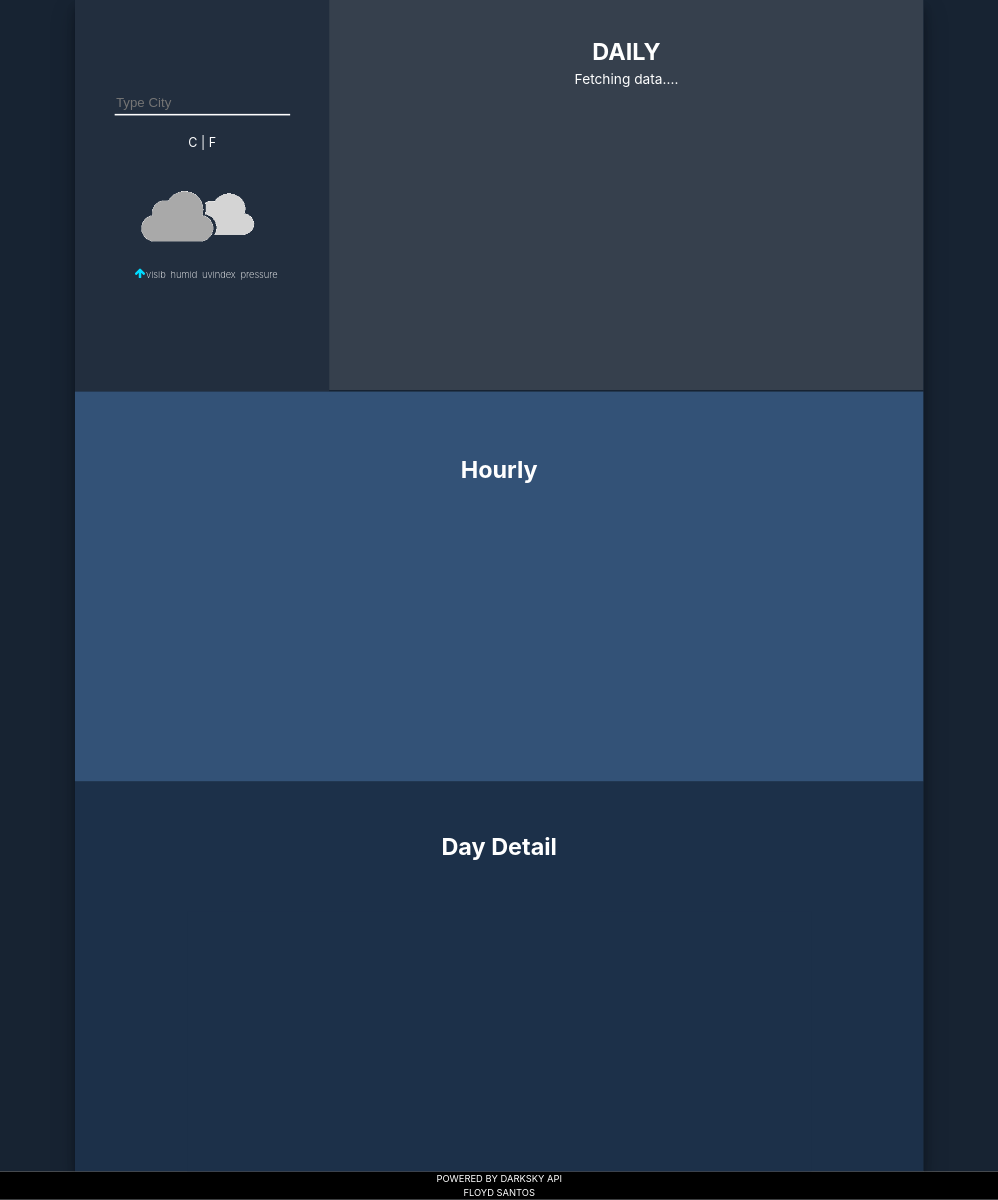
Repository: DOODpls/assignment3_weather
Page: index.html
An editor plug-in stored every save of this project. The page is shown before and after the next save, followed by the edit.
The browser window is 1280 px wide. The pictures show the whole page, at 78% of full size.
Some web fonts or font styles are not loaded; a fallback is used. Some web libraries are served in a nearby version.

Above is the page before, as saved 2020-01-12 18:56:25.

After the next save:
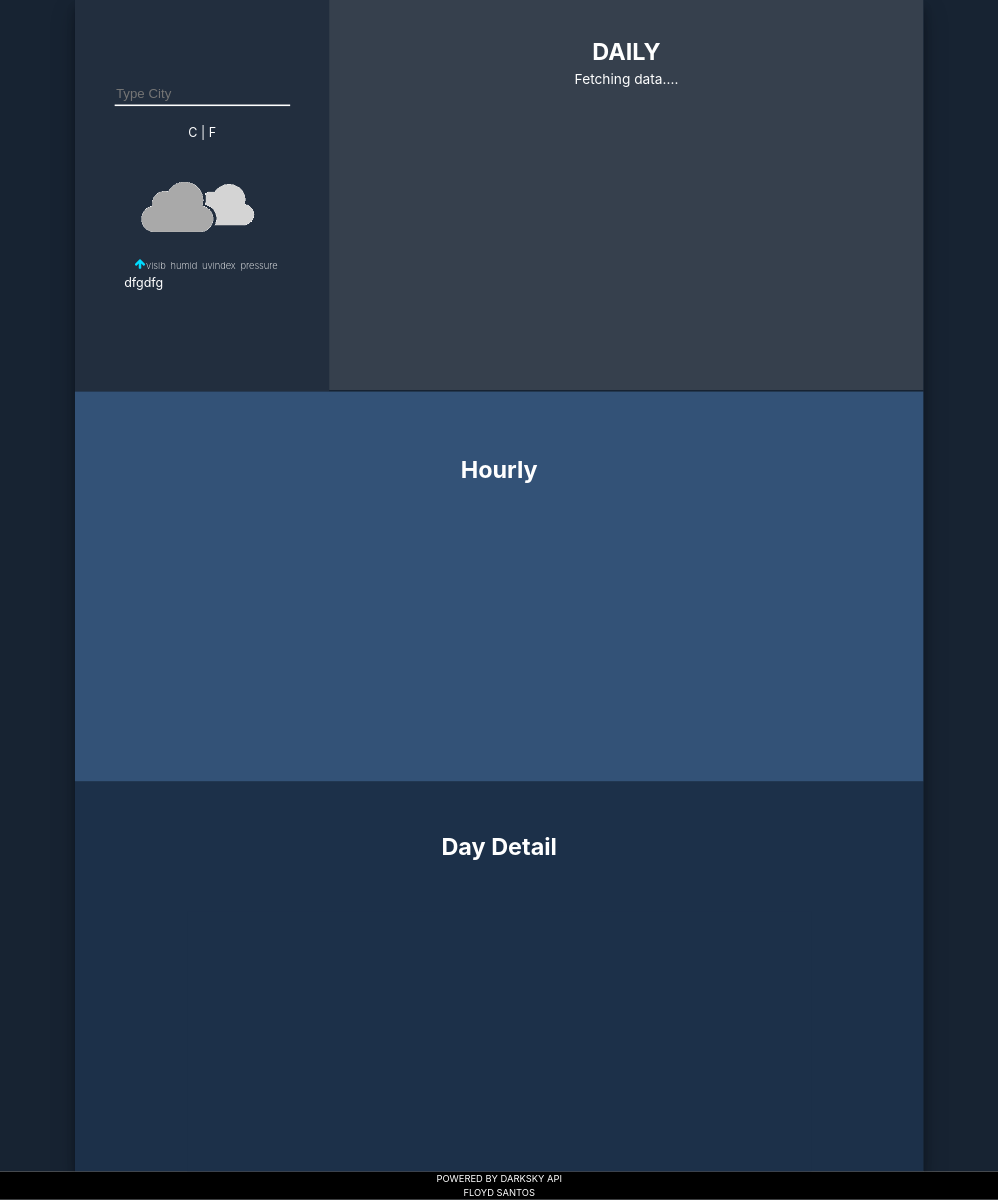
Saved 10 s later.
--- a/app.js
+++ b/app.js
@@ -111,7 +111,7 @@
 }
 var p = '<p>dfgdfg</p>'
 let aaa = document.querySelector('#alerts')
-aaa.innerHTML
+aaa.innerHTML = '<p>dfgdfg</p>'
 //---------------------------------CURRENT------------------------------------------------//
 
 function render(){

After the 2 saves that followed:
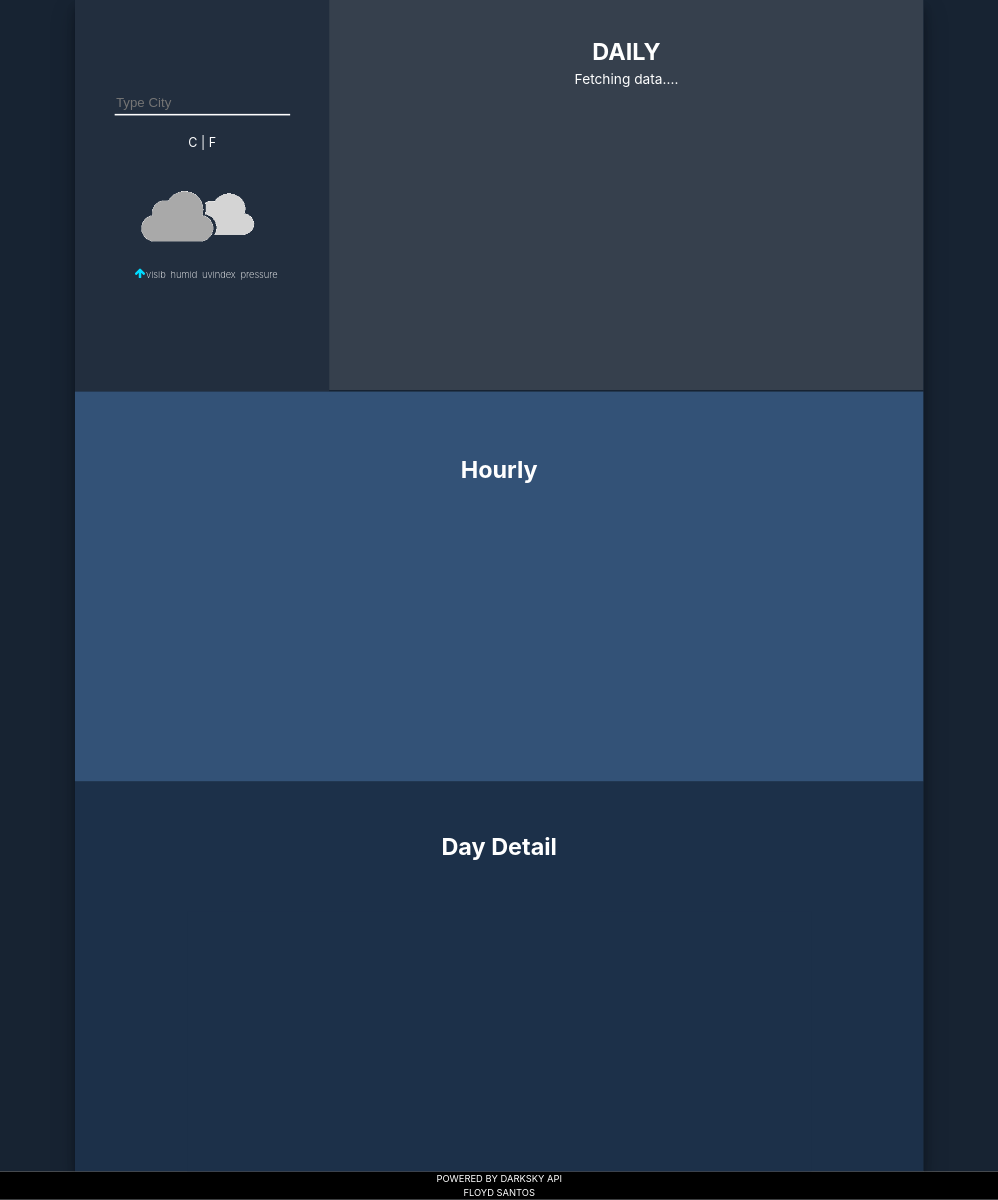
The 2 saves are shown as one change because 1 left the picture as it was.
The last was saved 56 s later.
--- a/app.js
+++ b/app.js
@@ -109,9 +109,8 @@
     alert('Failed to retrieve location data.')
   })
 }
-var p = '<p>dfgdfg</p>'
-let aaa = document.querySelector('#alerts')
-aaa.innerHTML = '<p>dfgdfg</p>'
+
+
 //---------------------------------CURRENT------------------------------------------------//
 
 function render(){
@@ -154,7 +153,7 @@
   uvind.textContent = 'UV Index:  '+ x.currently.uvIndex
   press.textContent = 'Pressure:  '+ x.currently.pressure+' hPa'
 
-
+  document.querySelector('#alerts').innerHTML = '<p>' + x.alert[0] + '</p>'
 
 //==========================================WEEKLY=================================================//
 
